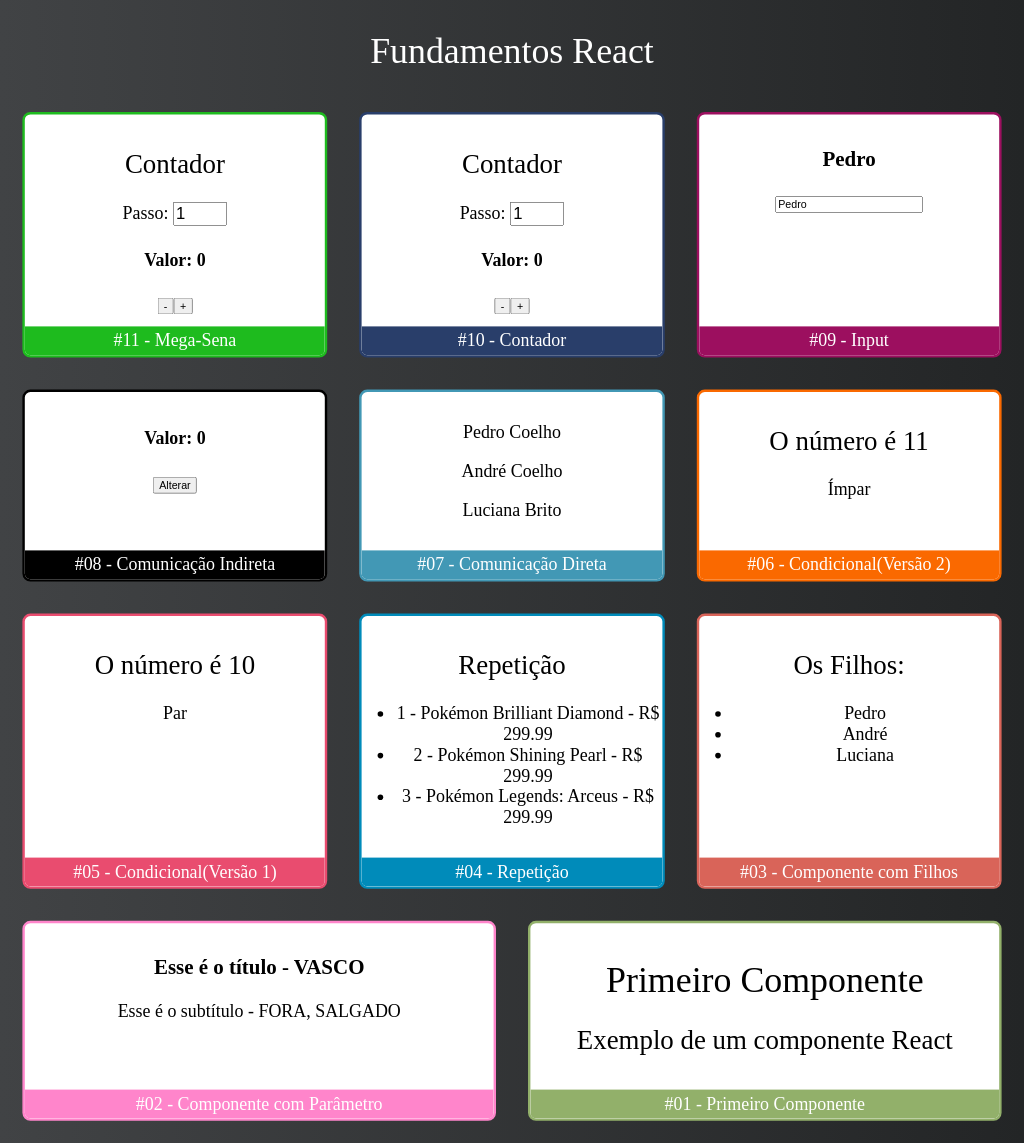
Repository: PedroHQCoelho/fundamentos-react
Page: /
The author's editor kept a copy of each file at every save. The page is drawn from the files as they stood at one save, then again after the next save.
The browser window is 1280 px wide. The pictures show the whole page, at 80% of full size.
The project was rebuilt for these pictures with package versions that can differ from the ones it lists, and the page was loaded fresh each time.

Above is the page before, as saved 2021-12-16 19:08:16.

After the next save:
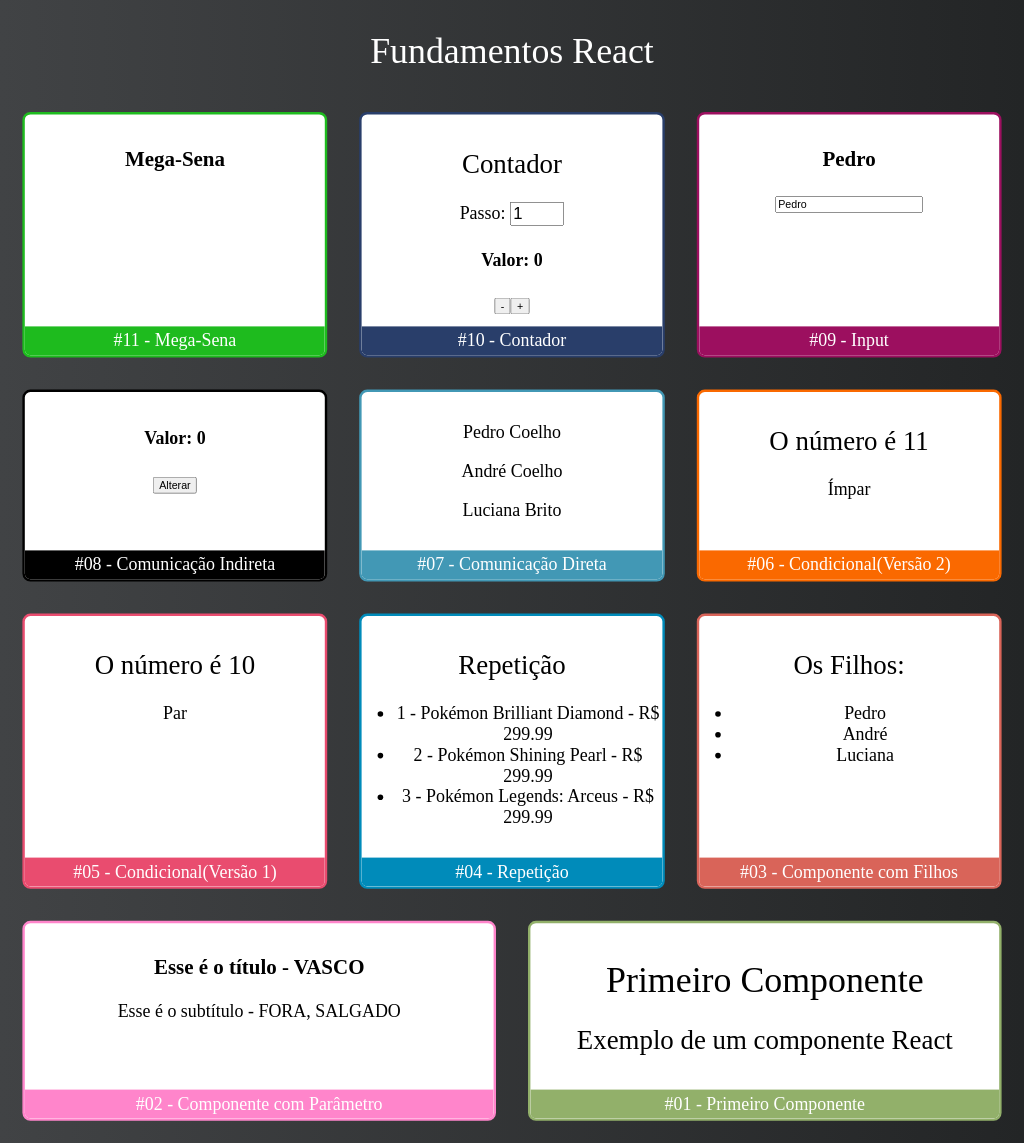
Saved 84 s later.
--- a/src/App.jsx
+++ b/src/App.jsx
@@ -19,7 +19,7 @@ export default (props) =>(
         <h1>Fundamentos React</h1>
         <div className="Cards">
         <Card titulo="#11 - Mega-Sena" color="#1ebb1e">
-            <Contador />
+            <Mega qtdNumero={6} />
         </Card>
         <Card titulo="#10 - Contador" color="#293E6A">
             <Contador />
